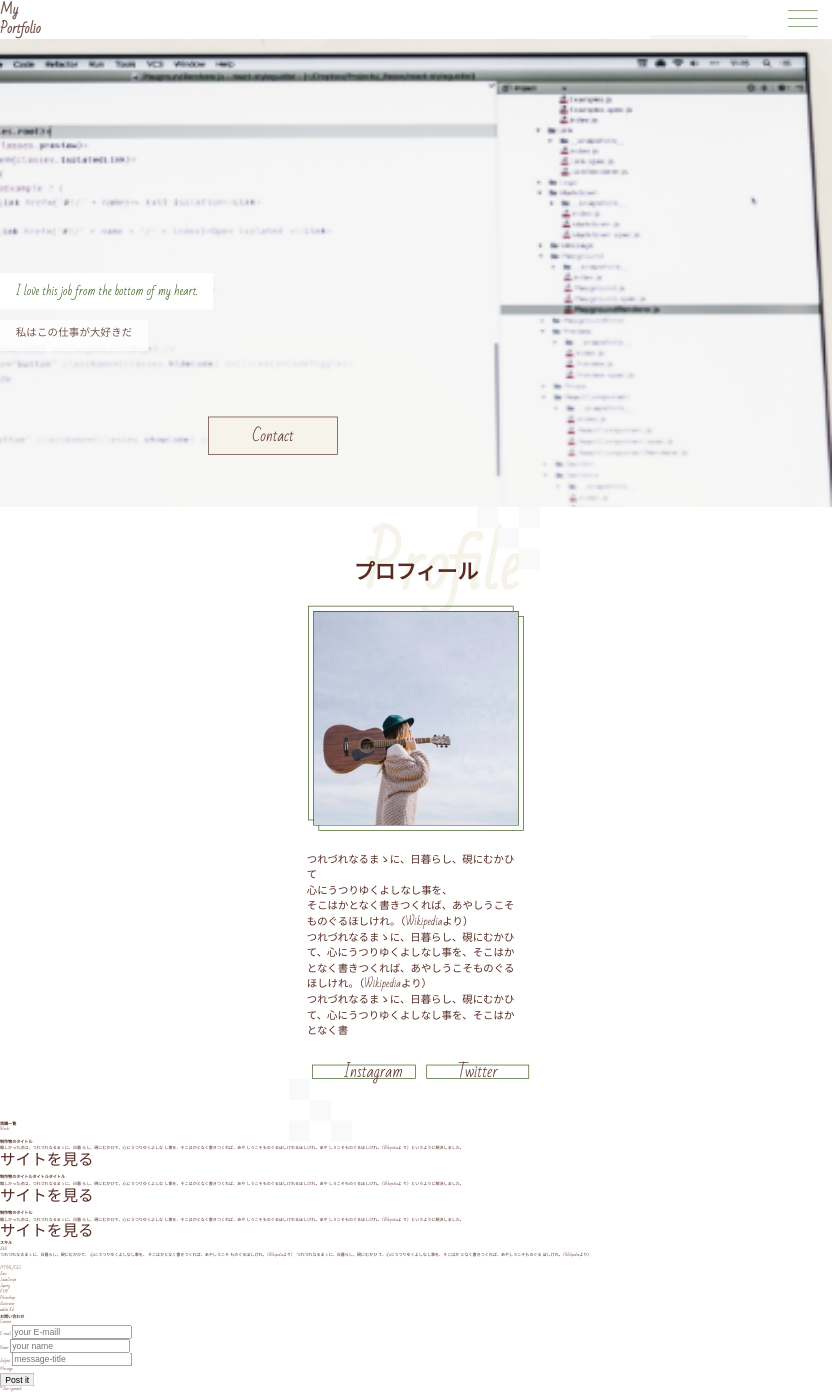
Repository: ppmp556/igarashi.kakuu
Page: index.html
An editor plug-in stored every save of this project. The page is shown before and after the next save, followed by the edit.
The browser window is 1280 px wide. The pictures show the whole page, at 65% of full size.
Some web libraries are served in a nearby version. The style sheet was rebuilt from its Sass, Less or Tailwind sources for each picture, by a compiler version that may differ from the author's.

Above is the page before, as saved 2020-10-25 17:51:59.
Console error: TypeError: Cannot read properties of null (reading 'addEventListener')

### index.html
<!DOCTYPE html>
<html lang="ja">
    <head>
        <meta charset="UTF-8">
        <meta name="viewport" content="width=device-width, initial-scale=1.0, maximum-scale=1.0, minimum-scale=1.0">
        <link rel="stylesheet" href="faundation.css" type="text/css">
        <link rel="stylesheet" href="./css/style.css" type="text/css">
        <link href="https://use.fontawesome.com/releases/v5.6.1/css/all.css" rel="stylesheet">
        <link href="https://fonts.googleapis.com/css?family=Bad+Script" rel="stylesheet">
        <link href="https://fonts.googleapis.com/css?family=Sawarabi+Gothic" rel="stylesheet">
        <link rel="img" href="image">
        <title>架空LP</title>

    </head>
    <body>

        <div class="container">
            <header class="header">
                <h1 class="header_ttl">
                    <a href="index.html" class="header_link">My Portfolio</a><!-- /.header_link -->
                </h1><!-- /.header_ttl -->
                <nav class="nav">
                    <div class="nav_wrapper" id="nav_lists">
                        <!-- ハンバーガーメニュー部分 -->
                        <div class="toggle_btn" id="nav_toggler">
                            <span class="toggle_line __tg1"></span>
                            <span class="toggle_line __tg2"></span>
                            <span class="toggle_line __tg3"></span>
                        </div>
                        <!-- ハンバーガーメニューここまで -->
                    </div>
                    <ul class="nav_list flex">
                        <li class="nav_item">
                            <a href="#" class="nav_link">Profile<span class="nav_sp">プロフィール</a><!-- /.nav_link -->
                        </li><!-- /.nav_item -->
                        <li class="nav_item">
                            <a href="#" class="nav_link">Works<span class="nav_sp">実績一覧</a><!-- /.nav_link -->
                        </li><!-- /.nav_item -->
                        <li class="nav_item">
                            <a href="#" class="nav_link">Skill<span class="nav_sp">スキル</a><!-- /.nav_link -->
                        </li><!-- /.nav_item -->
                        <li class="nav_item">
                            <a href="#" class="nav_link">Contact<span class="nav_sp">お問い合わせ</a><!-- /.nav_link -->
                        </li><!-- /.nav_item -->
                    </ul><!-- /.nav_list -->
                </nav><!-- /.nav -->
            </header><!-- /.header -->
        </div><!-- /.container -->
        <div class="kv">
            <div class="kv_txtbox">
                <p class="kv_txt">I love this job from the bottom of my heart.</p><!-- /.kv_txt -->
                <p class="kv_txt __subtxt">私はこの仕事が大好きだ</p><!-- /.kv_txt -->
            </div><!-- /.kv_txtbox -->
            <div class="contact_box">
                <a href="#" class="contact_link">Contact</a><!-- /.contact_link -->
            </div><!-- /.contact_box -->
        </div><!-- /.kv -->
        <main>
            <div class="inner">

                <section class="prof" id="prof">
                    <div class="prof_inner">
                        <div class="section_ttlbox">
                            <h2 class="prof_ttl">プロフィール</h2><!-- /.prof_ttl -->
                            <!-- <span class="prof_sub">Profile</span> -->
                        </div><!-- /.section_ttlbox -->
                        <div class="prof_imgbox">
                            <img src="images/profile/profile.png" alt="#" class="prof_img">
                        </div><!-- /.prof_imgbox -->
                        <p class="prof_txt">
                            つれづれなるまゝに、日暮らし、硯にむかひ
                            て<br>
                            心にうつりゆくよしなし事を、<br>
                            そこはかとなく書きつくれば、あやしうこそ
                            ものぐるほしけれ。（Wikipediaより）<br>
                            つれづれなるまゝに、日暮らし、硯にむかひ
                            て、心にうつりゆくよしなし事を、そこはか
                            となく書きつくれば、あやしうこそものぐる
                            ほしけれ。（Wikipediaより）<br>
                            つれづれなるまゝに、日暮らし、硯にむかひ
                            て、心にうつりゆくよしなし事を、そこはか
                            となく書
                        </p><!-- /.prof_txt -->
                        <div class="section_btnbox flex">
                            <div class="site_btn">
                                <a href="#" class="site_link">Instagram</a>
                            </div><!-- /.site_btn -->
                            <div class="site_btn">
                                <a href="#" class="site_link">Twitter</a>
                            </div><!-- /.site_btn -->
                        </div><!-- /.section_btnbox -->
                    </div><!-- /.prof_inner -->
                </section><!-- /#prof.prof -->


                <section class="work" id="work">
                    <div class="section_ttlbox">
                        <h2 class="work_ttl">実績一覧</h2><!-- /.work_ttl -->
                        <span class="work_sub">Works</span>
                    </div><!-- /.section_ttlbox -->

                    <div class="work_imgbox">
                        <ul class="work_list">
                            <li class="work_item">
                                <img src="" alt="" class="work_img">
                                <h3 class="work_ttl">制作物のタイトル</h3><!-- /.work_txt -->
                                <p class="work_txt">
                                    難しかった点は、つれづれなるまゝに、日暮
                                    らし、硯にむかひて、心にうつりゆくよしな
                                    し事を、そこはかとなく書きつくれば、あや
                                    しうこそものぐるほしけれるほしけれ。あや
                                    しうこそものぐるほしけれ。（Wikipediaよ
                                    り）というように解決しました。
                                </p><!-- /.work_txt -->
                                <div class="site_btn">
                                    <a href="#" class="site_link">サイトを見る</a>
                                </div><!-- /.site_btn -->
                            </li><!-- /.work_item -->
                            <li class="work_item">
                                <img src="" alt="" class="work_img">
                                <h3 class="work_ttl">制作物のタイトルタイトルタイトル</h3><!-- /.work_txt -->
                                <p class="work_txt">
                                    難しかった点は、つれづれなるまゝに、日暮
                                    らし、硯にむかひて、心にうつりゆくよしな
                                    し事を、そこはかとなく書きつくれば、あや
                                    しうこそものぐるほしけれるほしけれ。あや
                                    しうこそものぐるほしけれ。（Wikipediaよ
                                    り）というように解決しました。
                                </p><!-- /.work_txt -->
                                <div class="site_btn">
                                    <a href="#" class="site_link">サイトを見る</a>
                                </div><!-- /.site_btn -->
                            </li><!-- /.work_item -->
                            <li class="work_item">
                                <img src="" alt="" class="work_img">
                                <h3 class="work_ttl">制作物のタイトル</h3><!-- /.work_txt -->
                                <p class="work_txt">
                                    難しかった点は、つれづれなるまゝに、日暮
                                    らし、硯にむかひて、心にうつりゆくよしな
                                    し事を、そこはかとなく書きつくれば、あや
                                    しうこそものぐるほしけれるほしけれ。あや
                                    しうこそものぐるほしけれ。（Wikipediaよ
                                    り）というように解決しました。
                                </p><!-- /.work_txt -->
                                <div class="site_btn">
                                    <a href="#" class="site_link">サイトを見る</a>
                                </div><!-- /.site_btn -->
                            </li><!-- /.work_item -->
                        </ul><!-- /.work_list -->
                    </div><!-- /.work_imgbox -->
                </section><!-- /#work.work -->

                <section class="skii" id="skill">
                    <div class="section_ttlbox">
                        <h2 class="skill_ttl">スキル</h2><!-- /.skill_ttl -->
                        <span class="skill_sub">Skill</span>
                    </div><!-- /.section_ttlbox -->
                    <div class="skill_txtbox">
                        <p class="skill_txt">
                            つれづれなるまゝに、日暮らし、硯にむかひて、
                            心にうつりゆくよしなし事を、
                            そこはかとなく書きつくれば、あやしうこそ
                            ものぐるほしけれ。（Wikipediaより）
                            つれづれなるまゝに、日暮らし、硯にむかひ
                            て、心にうつりゆくよしなし事を、そこはか
                            となく書きつくれば、あやしうこそものぐる
                            ほしけれ。（Wikipediaより）
                        </p><!-- /.skill_txt -->
                    </div><!-- /.skill_txtbox -->
                    <div class="skill_listbox">
                        <div class="skill_imgbox">
                            <img src="" alt="" class="skill_img">
                        </div><!-- /.skill_imgbox -->
                        <ul class="skill_list">
                            <li class="skill_item">HTML/CSS</li><!-- /.skill_item -->
                            <li class="skill_item">Sass</li><!-- /.skill_item -->
                            <li class="skill_item">JavaScript</li><!-- /.skill_item -->
                            <li class="skill_item">Jquery</li><!-- /.skill_item -->
                            <li class="skill_item">PHP</li><!-- /.skill_item -->
                            <li class="skill_item">Photoshop</li><!-- /.skill_item -->
                            <li class="skill_item">illustrator</li><!-- /.skill_item -->
                            <li class="skill_item">adobe Xd</li><!-- /.skill_item -->
                        </ul><!-- /.skill_list -->
                    </div><!-- /.skill_listbox -->
                </section><!-- /#skill.skii -->

                <section class="contact" id="contact">
                    <div class="section_ttlbox">
                        <h2 class="contact_ttl">お問い合わせ</h2><!-- /.contact_ttl -->
                        <span class="contact_sub">Contact</span>
                    </div><!-- /.section_ttlbox -->
                    <form action="#" class="ly-form">
                        <div class="form ord1">
                            <div class="form2">

                                <label for="email" class="formTitle u-formTxt">E-mail</label>
                                <input type="email" class="formBox" name="your-E-mail" placeholder="your E-maill">
                            </div>
                        </div>
                        <div class="form ord2">
                            <div class="form2">
                                    <label for="name" class="formTitle u-formTxt">Name</label>
                                    <input type="text" class="formBox" name="your name" placeholder="your name">

                            </div>
                        </div>
                        <div class="form ord3">
                            <div class="form2">
                                <label for="subject" class="formTitle u-formTxt">Subject</label>
                                <input type="subject" class="formBox" name="message-title" placeholder="message-title">
                            </div>
                        </div>
                        <div class="form ord4">
                            <div class="form2">
                                <label for="message" class="formTitle u-formTxt">Message</label>
                                <textare name="contents" class="area" name="contents" placeholder="contents" rows="4" cols="40"></textare>
                            </div>
                        </div>
                        <div class="inputWrap btnhv u-send">
                            <input type="submit" value="Post it" class="sendBtn">
                        </div>
                    </form>
                </section><!-- /#contact.contact -->
            </div><!-- /.inner -->

        </main>


        <footer class="footer">
            <div class="footer_sharbox">
                <ul class="footer_sharalist">
                    <li class="footer_item"></li><!-- /.footer_item -->
                    <li class="footer_item"></li><!-- /.footer_item -->
                    <li class="footer_item"></li><!-- /.footer_item -->
                </ul><!-- /.footer_sharalist -->
            </div><!-- /.footer_sharbox -->
            <small class="footer_txt">&copy; Ruri igarashi</small>
        </footer><!-- /.footer -->


        <script type="text/javascript" src="menu.js"></script>
        <script src="https://code.jquery.com/jquery-3.4.1.js" integrity="sha256-WpOohJOqMqqyKL9FccASB9O0KwACQJpFTUBLTYOVvVU=" crossorigin="anonymous"></script>

    </body>
</html>

### faundation.css

html,
body,
div,
span,
object,
iframe,
h1,
h2,
h3,
h4,
h5,
h6,
p,
blockquote,
pre,
abbr,
address,
cite,
code,
del,
dfn,
em,
img,
ins,
kbd,
q,
samp,
small,
strong,
sub,
sup,
var,
b,
i,
dl,
dt,
dd,
ol,
ul,
li,
fieldset,
form,
label,
legend,
table,
caption,
tbody,
tfoot,
thead,
tr,
th,
td,
article,
aside,
canvas,
details,
figcaption,
figure,
footer,
header,
hgroup,
menu,
nav,
section,
summary,
time,
mark,
audio,
video {
  margin: 0;
  padding: 0;
  border: 0;
  outline: 0;
  font-size: 100%;
  vertical-align: baseline;
  background: transparent;
}

body {
  line-height: 1.5;
}

article,
aside,
details,
figcaption,
figure,
footer,
header,
hgroup,
menu,
nav,
section {
  display: block;
}

ul,
ol {
  list-style: none;
}

table {
  border-collapse: collapse;
  border-spacing: 0;
}

a {
  color: inherit;
  text-decoration: none;
}

img {
  width: 100%;
  max-width: 100%;
  height: auto;
  vertical-align: bottom;
}

### menu.js
const body = document.body;

const toggler = document.getElementById('navToggler');
//#navToggleを取得し、togglerに格納


const navList = document.getElementById('js-nav');
const navList2 = document.getElementById('js-nav2');
//#navListsを取得し、navListに格納


toggler.addEventListener('click', function() {
    //togglerクリックされたら、
    body.classList.toggle('clicked');

});
navList.addEventListener('click', function(){


    body.classList.remove('clicked');
});
navList2.addEventListener('click', function(){


    body.classList.remove('clicked');
});

### scss/style.scss
@charset "UTF-8";

$cColor: #572B23;
$cBgColor: #f6f3eb;
$cGreen: #315611;
$cwhite: #ffffff;
$cGray: #f9f9f9;


html {
    font-size: 62.5%;
    overflow: auto;


}

body {
    color: $cColor;
    background-color: $cwhite;
    font-family: "Bad Script","Sawarabi Gothic";
    font-size: 62.5%;
    margin: 0 auto;
    overflow: hidden;
    width: 100%;
    height: auto;

}

*, *::before, *::after {
    box-sizing: border-box;
}

a:link, a:visited, a:hover, a:active {
    /*テキストデフォルト下線外し*/
    text-decoration: none;
    /* color: #ffffff; */
}




.container {
    overflow: hidden;
}


.flex {
    display: flex;
    justify-content: flex-start;
}

.inner {
    min-width: 336px;
    width: 100%;
    margin: 0 auto;
}


.site_btn {
    display: flex;
    width: 200px;
    font-size: 2.4rem;
    color: #572B23;
    line-height: 27px;
}

.site_link {
    width: 100%;
    height: 100%;
    display: block;
    margin: auto;
}

/****************

header

*************/

.header {
    display: flex;
    z-index: 5;
    width: 100%;
    height: 100%;
    background-color: $cwhite;
    opacity: .8;

    &_ttl {
        font-size: 2.0rem;
    font-family: "Bad Script";
    opacity: 1;
    color: $cColor;
    }
}

// nav

.nav {
    width: 100%;
    line-height: 20px;
    display: flex;
    justify-content: center;
    align-items: center;


    /* ハンバーガーメニュー */
    &_list {
        position: absolute;
        display: block;
        top: 54px;
        /* left: 377px; */
        left: 1000px;
        overflow: hidden;
        width: 15rem;
        max-height: auto;
        cursor: pointer;

        overflow-y: auto;/*縦方向の表示*/

        display: flex;
        flex-direction: column;
        transition: opacity .8s ease, visibility .6s ease;
        color: #572B23;

        background-color: #F6F3FB;
        visibility: .6s ease;
        opacity: 1;

        &.clicked {
            left: 114px;
            visibility: visible;
            opacity: 0.9;
            width: 262px;
            top: 0;
            /* height: 667px; */
            height: 100vh;
            background-color: #f6f3f8;
            position: absolute;
            display: flex;
            align-items: center;
            justify-content: center;

        }
    }

    &_item {
        padding: 2px 0;
        font-size: 2rem;
        color: #572B23;
        position: relative;

        transition: transform 6s ease, opacity .2s ease;

        &:nth-child(1) {
        transform: translateX(200px);

        transition: transform .6s ease, opacity .2s ease;

        }

        &:nth-child(2) {
        transition-delay: .15s;

        }
        &:nth-child(3) {
        transition-delay: .3s;

        }

        &:nth-child(4) {
        transition-delay: .45s;

        }

        &:nth-child(5) {
        transition-delay: .6s;

        }

        &::after {
        position: absolute;
        bottom: -4px;
        left: 0;
        content: '';
        width: 100%;
        height: 2px;
        background: #572B23;
        transform: scale(0, 1);
        transform-origin: left top;
        transition: transform .3s;
        }

        &:hover::after {
        transform: scale(1, 1);
        }

    }







    &_link {
        width: 100%;
        display: block;
        color: #572B23;
    font-size: 2.4rem;
    display: flex;
    align-items: center;
    flex-direction: column;
    justify-content: center;
    }


}




.clicked .navList .navItem {
    transform: translateX(0px);
}







.toggle_btn {

    z-index: 2000;
    position: absolute;
    top: 0;
    width: 45.25px;
    /* height: 24px; */
    height: 55px;
    right: 16.19px;
    cursor: pointer;
    transition: all .30s ease-in-out;/*0.3秒かけて変化*/
}

.toggle_line {
    display: block;
    position: absolute;
    z-index: 2100;
    right: 6.3px;
    top: 14px;
    width: 100%;
    height: 1px;
    background-color: #315611;
    transition: all 0.3s;
}


.__tg1 {
    top: 16.19px;

    &.clicked {
        transform: translateY(12px) rotate(-315deg);
    }
}
.__tg2 {
    top: 28.19px;
    &.clicked {
        opacity: 0;
    }
}
.__tg3 {
    top: 40.19px;
    &.clicked {
        transform: translateY(-11px) rotate(315deg);
    }
}


/****************

kv

*************/

.kv {
    background: url(/images/top-image/top-image.png) center / cover no-repeat;
    background-position-y: 50%;
    height: 100vh;
    width: 100%;
    // display: flex;

    position: relative;

    &_txtbox {
        position: absolute;
        top: 50%;

    }

    &_txt {
        margin: auto;
        text-align: center;
        font-size: 1.8rem;
        color: $cGreen;
        padding: 10px 24px;
        background-color: $cwhite;
        opacity: 1;
        margin-bottom: 16px;
        line-height: 2;
    }

}


.__subtxt {
    font-size: 1.6rem;
    padding: 13px 24px;
    color: $cColor;
    opacity: 0.8;
    letter-spacing: 0.32px;
    width: 228px;
    height: 48px;
    line-height: .84;
    display: inline-block;
    margin-right: auto;
}


.contact_box {
    display: block;
    position: absolute;
    bottom: 80px;
    left: 25%;
    margin: 0 auto;
    width: 20rem;
    line-height: 45px;
    // margin-top: auto;

    opacity: 1;
    border: 1px solid $cColor;
    text-align: center;
    background-color: $cBgColor;
    font-size: 2.3rem;
    font-family: "bad script";
    color: $cColor;

}


.contact_link {
    padding: 6px 66px;
    display: block;
    width: 100%;
    // height: 100%;
    text-align: center;

}

/****************

profile

*************/

.prof {
    padding: 0 0 64px;

    .section_ttlbox {
        padding: 88px 0 45px;
        display: block;
        text-align: center;
        margin: 0 auto;
    }

    &_inner {
        position: relative;
        width: 336px;
        margin: 0 auto;

        &::after {
            position: absolute;
            content: '';
            background: url(/images/スマホデザイン/グループ・475.png) no-repeat;
            width: 100%;
            height: 16%;
            display: block;
            left: -8%;
        }
        &::before {
            position: absolute;
            content: '';
            background: url(/images/スマホデザイン/グループ・476.png) no-repeat;
            width: 100%;
            height: 16%;
            display: block;
            left: 78%;
        }
    }

    &_ttl {
        width: 100%;
        position: relative;
        display: block;
        font-size: 3.2rem;
        color: $cColor;
        line-height: 0.84;
        margin: 0 auto;

        &::before {
            display: block;
            content: 'Profile';
            position: absolute;
            bottom: -20px;
            right: 8px;
            z-index: -1;
            color: $cBgColor;
            opacity: 1;
            font-size: 100px;
        }


    }

    &_imgbox {
        position: relative;
        width: 316px;
        height: 330px;
        z-index: 90;
        left: 50%;
        transform: translateX(-50%);

        &::after {
            content: '';
            position: absolute;
            border: 1px solid $cGreen;
            width: 316px;
            height: 330px;
            z-index: -99;
            opacity: 1;
            left: 8px;
            top: 8px;

        }

        &::before{
            content: '';
            position: absolute;
            border: 1px solid $cGreen;
            width: 316px;
            height: 330px;
            z-index: -99;
            opacity: 1;
            left: -8px;
            top: -8px;

        }
    }

    &_img {
        width: 100%;
        height: 100%;
        display: block;
    }

    &_txt {
        margin: 40px 0 40px;
        font-size: 1.6rem;
    }

    .section_btnbox {
        // display: block;
        margin: 0 auto;
    }

    .site_btn {
        width: 160px;
        padding: 0 47px;
        margin: 0 8px;
        border: 1px solid $cGreen;
        line-height: 20px;
    }



}


.ly-profWrapper {
  position: absolute;
  top: 668px;
  width: 375px;
  height: 1054px;
}
.ly-profBox {
  display: flex;
  justify-content: center;
  align-items: center;
  height: 942px;
}
.profImages {


    top: 165px;
    left: 28px;
    z-index: -90;
}


.profContent {
    position: absolute;
    text-align: left;
    top: 535px;
    left: 20px;

    width: 336px;
    height: auto;
}


.profBtn {
    position: relative;
    display: flex;
    justify-content: space-around;
    top: -4px;

}

.contactBtn {
    justify-content: space-between;
    border: 1px solid #315611;
    background: #ffffff;
    width: 16rem;
    height: 4.8rem;
    position: relative;
}




.u-prof {
    font-size: 1.6rem;
    letter-spacing: 0.32px;
    line-height: 2;
    font-family: "Sawarabi Gothic";
}
.u-Btn {
    font-family:"Bad Script";
    font-size: 2.4rem;

}

After the next save:
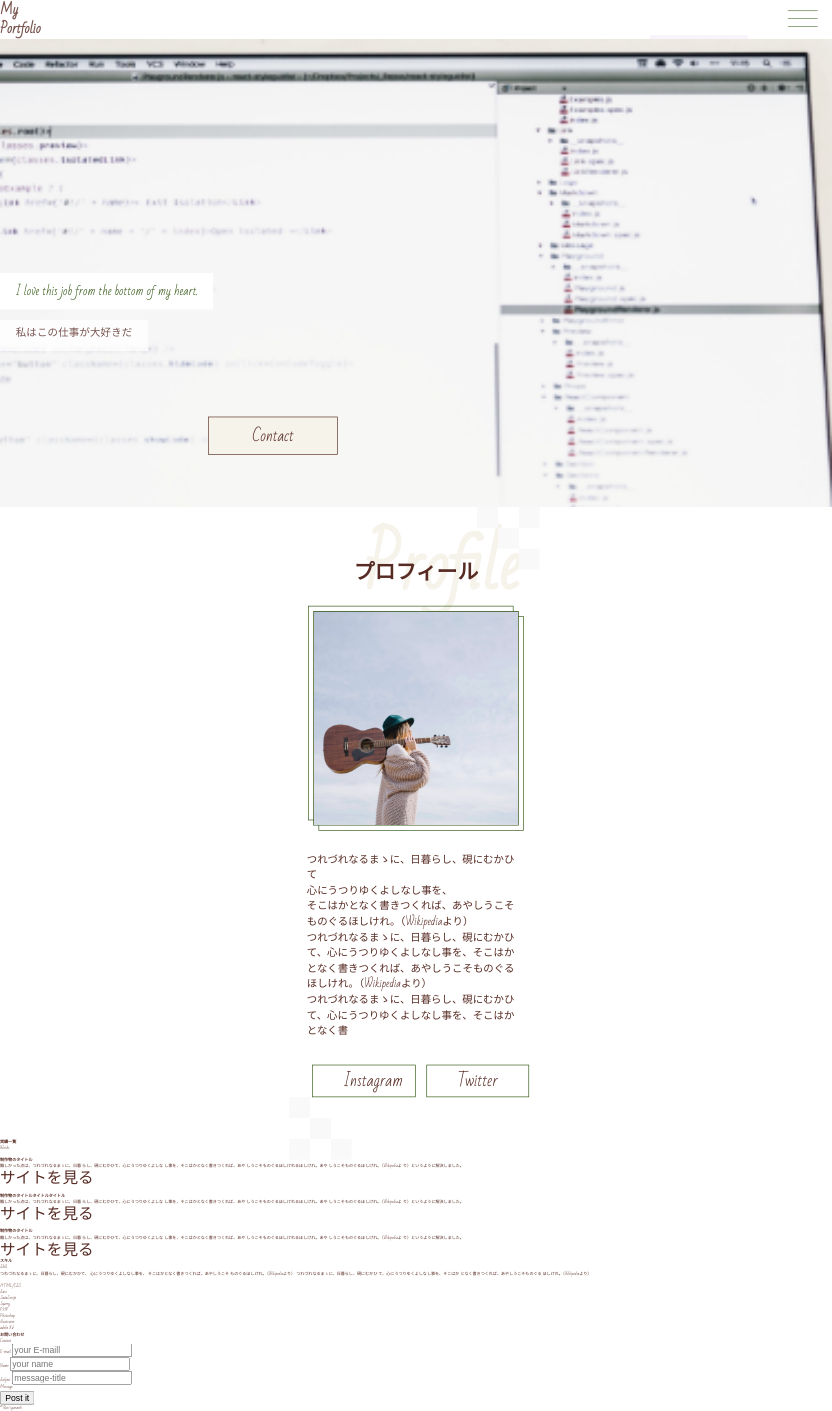
Saved 26 s later.
--- a/scss/style.scss
+++ b/scss/style.scss
@@ -477,7 +477,7 @@ profile
         padding: 0 47px;
         margin: 0 8px;
         border: 1px solid $cGreen;
-        line-height: 20px;
+        line-height: 48px;
     }
 
 
